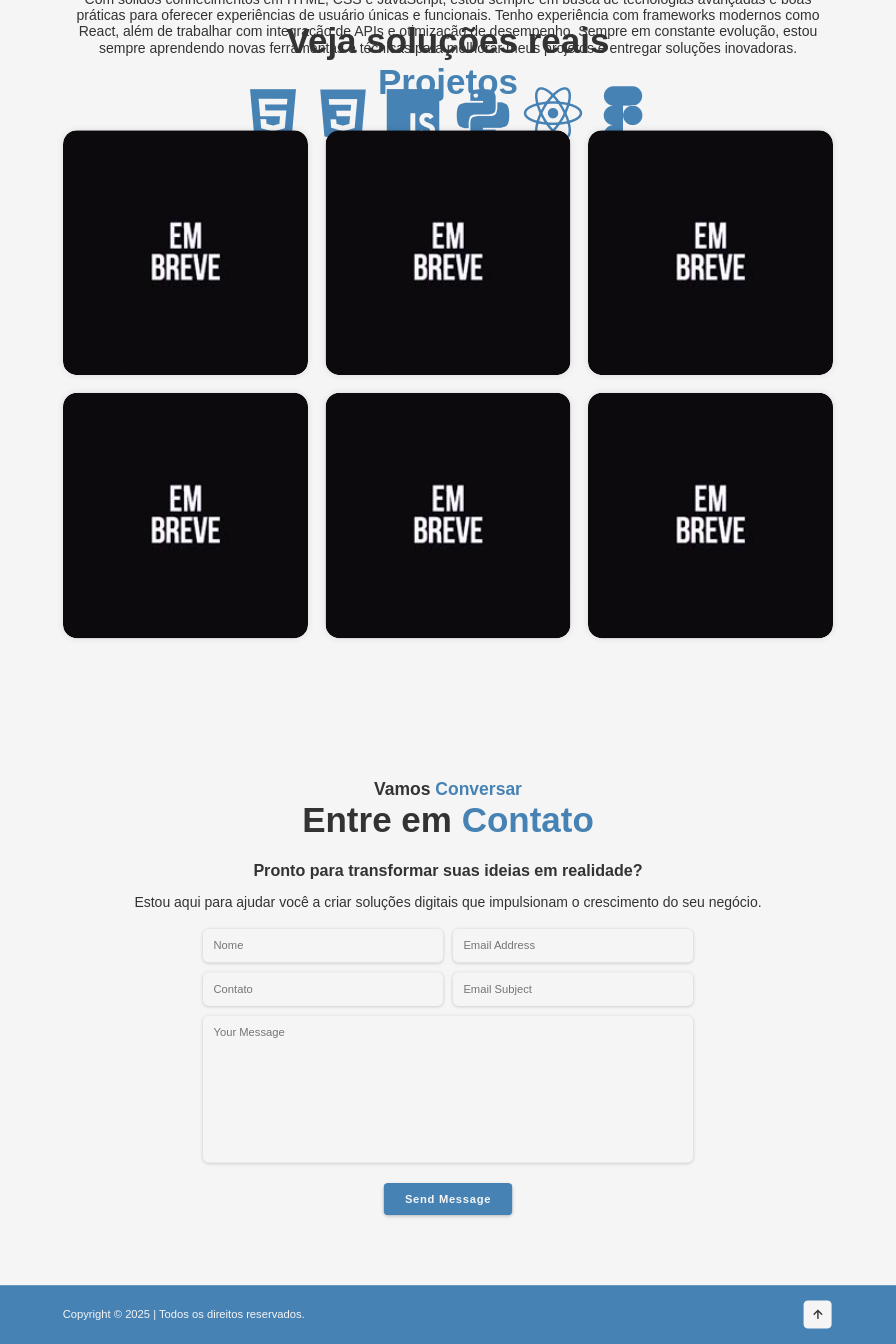
Repository: AliciaKathleen/portfolio-2025
Page: index.html
An editor plug-in stored every save of this project. The page is shown before and after the next save, followed by the edit.
The browser window is 1280 px wide. The pictures show the part of the page from y = 2400 to 4320 px (the page is 4320 px tall), at 70% of full size.

Above is the page before, as saved 2025-01-27 18:40:07.
Console error: TypeError: Cannot read properties of null (reading 'classList')

### index.html
<!DOCTYPE html>
<html lang="en">
<head>
    <meta charset="UTF-8">
    <meta http-equiv="X-UA-Compatible" content="IE=edge">
    <meta name="viewport" content="width=device-width, initial-scale=1.0">
    <link rel="stylesheet" href="https://cdn.jsdelivr.net/npm/swiper@9/swiper-bundle.min.css" />
    <link href='https://unpkg.com/boxicons@2.1.4/css/boxicons.min.css' rel='stylesheet'>
    <link rel="stylesheet" href="style.css">
    <title>Alícia Kathleen</title>
</head>
<body>
    <header class="header">
        <a href="#" class="logo">Alícia Kathleen</a>

        <nav class="navbar">
            <a href="#home" class="active">Home</a>
            <a href="#about">Sobre</a>
            <a href="#services">Serviços</a>
            <a href="#portfolio">Projetos</a>
            <a href="#contact">Contato</a>
        </nav>

        <div class="bx bx-moon" id="darkMode-icon"></div>
        <div class="bx bx-menu" id="menu-icon"></div>
    </header>

    <section class="home" id="home">
        <div class="home-content">
            <h3>Olá, eu sou</h3>
            <h1>Alícia Kathleen</h1>
            <p>
                Sou uma desenvolvedora Front-End apaixonada por criar interfaces modernas e funcionais, unindo criatividade e tecnologia para proporcionar experiências digitais únicas. Com uma trajetória inicial no design gráfico, utilizo meu olhar apurado para detalhes e usabilidade para transformar ideias em projetos visuais impactantes. Estou sempre buscando aprender e crescer com novos desafios.
            </p>
            <div class="social-media">
                <a href="#"><i class='bx bxl-linkedin'></i></a>
                <a href="#"><i class='bx bxl-github'></i></a>
            </div>

            <a href="#" class="btn">CURRÍCULO</a>
        </div>

        <div class="profession-container">
            <div class="profession-box">
            </div>
            <div class="overlay"></div>
        </div>

        <div class="home-img">
            <img src="" alt="">
        </div>
    </section>

    <section class="about" id="about">
        <div class="about-img">
            <img src="images/portfolio.jpg" alt="">
        </div>

        <div class="about-content">
            <h2 class="heading">Sobre <span>Mim</span></h2>
            <h3>
                Olá! Seja bem-vindo(a) ao meu portfólio! Sou uma desenvolvedora Front-End apaixonada por criar soluções digitais modernas e funcionais. Amo aprender novas tecnologias, resolver problemas com código e transformar ideias em projetos reais.
            </h3>
            <p>
                Aqui você vai encontrar alguns dos meus trabalhos, além de conhecer um pouco mais sobre minha trajetória no desenvolvimento web. Estou sempre em busca de novos desafios e oportunidades para crescer e evoluir como profissional.
            </p>
            <p>
                Sinta-se à vontade para explorar meu portfólio!
            </p>
        </div>
    </section>

    <section class="services" id="services">
        <h2 class="heading">Explore Meus <span>Trabalhos</span></h2>
        <div class="services-container">
            <div class="services-box">
                <i class='bx bx-code-alt'></i>
                <h3>Soluções Web Modernas</h3>
                <p>Criação de sites únicos e otimizados, que unem design moderno e funcionalidade para atender às suas necessidades e destacar sua marca na web.</p>
            </div>
            <div class="services-box">
                <i class='bx bxs-paint'></i>
                <h3>Design Responsivo</h3>
                <p>Desenvolvo sites que se adaptam perfeitamente a qualquer dispositivo, garantindo acessibilidade e uma navegação fluida para todos os usuários.</p>
            </div>
            <div class="services-box">
                <i class='bx bx-brain'></i>
                <h3>Integração de Apis</h3>
                <p>Integração de APIs para adicionar funcionalidades avançadas ao seu site ou aplicativo, conectando-o a serviços externos de maneira eficiente e sem fricções.</p>
            </div>
            <div class="services-box">
                <i class='bx bx-support'></i>
                <h3>Suporte</h3>
                <p>Ofereço suporte técnico para garantir que seu site esteja sempre atualizado, funcionando perfeitamente e alinhado às suas necessidades.</p>
            </div>
            <div class="services-box">
                <i class='bx bx-objects-vertical-bottom'></i>
                <h3>Estratégias de SEO</h3>
                <p>Técnicas de SEO personalizadas para aumentar a visibilidade do site e atrair mais tráfego qualificado.</p>
            </div>
            <div class="services-box">
                <i class='bx bx-bar-chart-alt'></i>
                <h3>Projetos Escaláveis</h3>
                <p>Desenvolvo soluções web com foco na escalabilidade, garantindo que seu site cresça de acordo com a evolução do seu negócio.

                </p>
            </div>
        </div>
    </section>

    <section class="resume-detail skills" id="skills">
        <h2 class="heading"><span>Skills</span></h2>
        <div class="resume-list">
            <div class="skills-container">
                <p>
                    Com sólidos conhecimentos em HTML, CSS e JavaScript, estou sempre em busca de tecnologias avançadas e boas práticas para oferecer experiências de usuário únicas e funcionais. Tenho experiência com frameworks modernos como React, além de trabalhar com integração de APIs e otimização de desempenho. Sempre em constante evolução, estou sempre aprendendo novas ferramentas e técnicas para melhorar meus projetos e entregar soluções inovadoras.
                </p>
                <div class="resume-items">
                    <div class="resume-item">
                        <i class='bx bxl-html5'></i>
                        <span>HTML</span>
                    </div>
                    <div class="resume-item">
                        <i class='bx bxl-css3'></i>
                        <span>CSS3</span>
                    </div>
                    <div class="resume-item">
                        <i class='bx bxl-javascript'></i>
                        <span>JavaScript</span>
                    </div>
                    <div class="resume-item">
                        <i class='bx bxl-python'></i>
                        <span>Python</span>
                    </div>
                    <div class="resume-item">
                        <i class='bx bxl-react'></i>
                        <span>ReactJS</span>
                    </div>
                    <div class="resume-item">
                        <i class='bx bxl-figma'></i>
                        <span>Figma</span>
                    </div>
                </div>
            </div>
        </div>
    </section>

    <section class="portfolio" id="portfolio">
        <h2 class="heading">Veja soluções reais <br> <span>Projetos</span></h2>

        <div class="portfolio-container">
            <div class="portfolio-box">
                <img src="images/portfolio.jpg" alt="">

                <div class="portfolio-layer">
                    <h4>Web Design</h4>
                    <p>Lorem ipsum dolor sit amet consectetur adipisicing elit. Similique, ipsam est.</p>
                    <a href="#"><i class='bx bx-link-external'></i></a>
                </div>
            </div>
            <div class="portfolio-box">
                <img src="images/portfolio.jpg" alt="">

                <div class="portfolio-layer">
                    <h4>Projeto em construção</h4>
                    <p>Em breve...</p>
                    <a href="#"><i class='bx bx-link-external'></i></a>
                </div>
            </div>
            <div class="portfolio-box">
                <img src="images/portfolio.jpg" alt="">

                <div class="portfolio-layer">
                    <h4>Projeto em construção</h4>
                    <p>Em breve...</p>
                    <a href="#"><i class='bx bx-link-external'></i></a>
                </div>
            </div>
            <div class="portfolio-box">
                <img src="images/portfolio.jpg" alt="">

                <div class="portfolio-layer">
                    <h4>Projeto em construção</h4>
                    <p>Em breve...</p>
                    <a href="#"><i class='bx bx-link-external'></i></a>
                </div>
            </div>
            <div class="portfolio-box">
                <img src="images/portfolio.jpg" alt="">

                <div class="portfolio-layer">
                    <h4>Projeto em construção</h4>
                    <p>Em breve...</p>
                    <a href="#"><i class='bx bx-link-external'></i></a>
                </div>
            </div>
            <div class="portfolio-box">
                <img src="images/portfolio.jpg" alt="">

                <div class="portfolio-layer">
                    <h4>Projeto em construção</h4>
                    <p>Em breve...</p>
                    <a href="#"><i class='bx bx-link-external'></i></a>
                </div>
            </div>
        </div>
    </section>

    <section class="contact" id="contact">
        <h1 class="heading">Vamos <span>Conversar</span></h1>
        <h2 class="heading">Entre em <span>Contato</span></h2>

        <h3 class="heading">Pronto para transformar suas ideias em realidade?</h3>
        <p class="heading">Estou aqui para ajudar você a criar soluções digitais que impulsionam o crescimento do seu negócio.</p>

        <form action="#">
            <div class="input-box">
                <input type="text" placeholder="Nome">
                <input type="email" placeholder="Email Address">
            </div>
            <div class="input-box">
                <input type="number" placeholder="Contato">
                <input type="text" placeholder="Email Subject">
            </div>
            <textarea name="" id="" cols="30" rows="10" placeholder="Your Message"></textarea>
            <input type="submit" value="Send Message" class="btn">
        </form>
    </section>

    <footer class="footer">
        <div class="footer-text">
            <p>Copyright &copy; 2025 | Todos os direitos reservados.</p>
        </div>

        <div class="footer-iconTop">
            <a href="#home"><i class='bx bx-up-arrow-alt'></i></a>
        </div>
    </footer>

    <script src="https://unpkg.com/scrollreveal"></script>
    <script src="https://cdn.jsdelivr.net/npm/swiper@9/swiper-bundle.min.js"></script>
    <script src="script.js"></script>
</body>
</html>

Loaded but not shown: script.js (67 lines, source omitted); style.css (925 lines, source omitted)

After the next save:
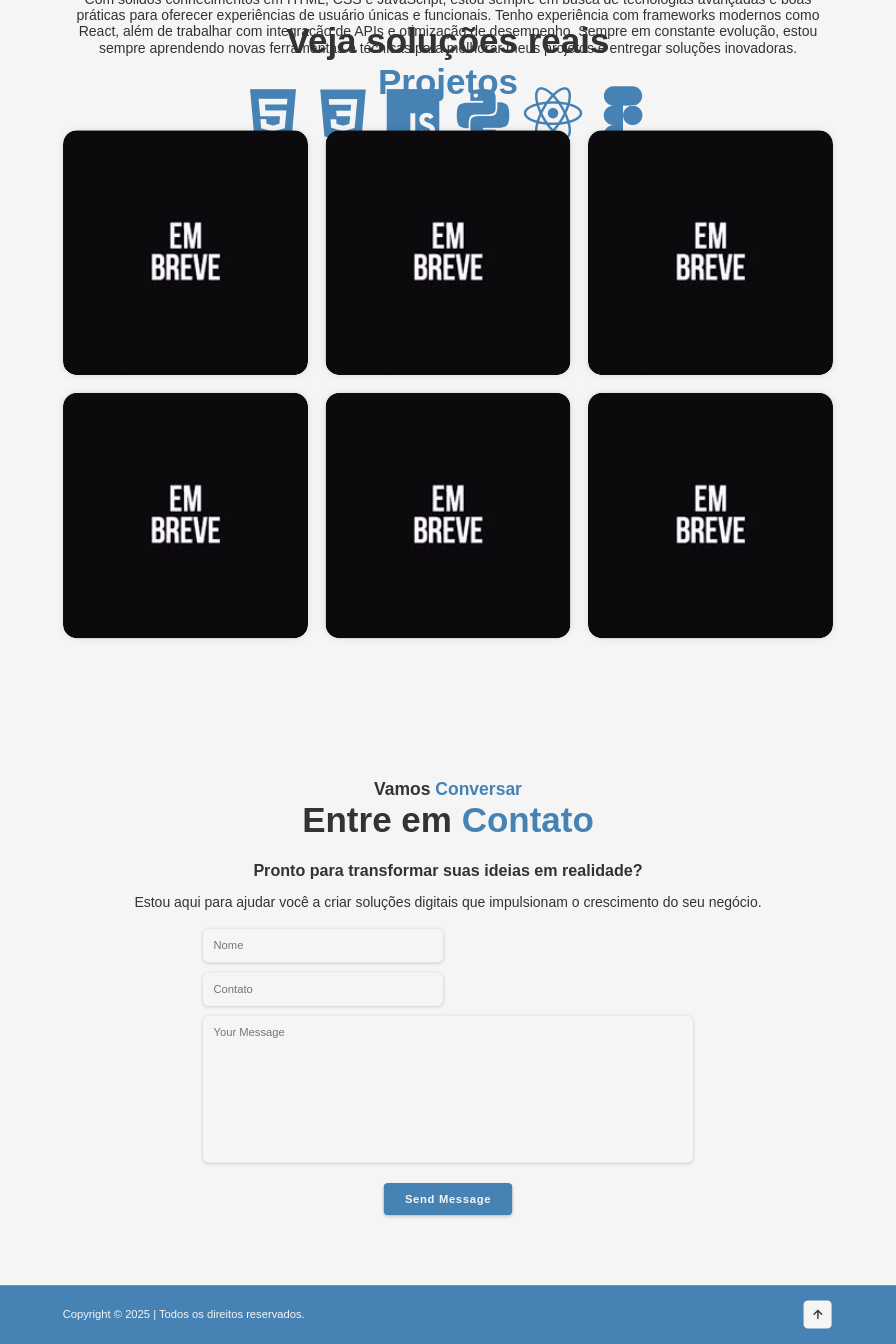
Saved 13 s later.
--- a/index.html
+++ b/index.html
@@ -216,11 +216,9 @@
         <form action="#">
             <div class="input-box">
                 <input type="text" placeholder="Nome">
-                <input type="email" placeholder="Email Address">
             </div>
             <div class="input-box">
                 <input type="number" placeholder="Contato">
-                <input type="text" placeholder="Email Subject">
             </div>
             <textarea name="" id="" cols="30" rows="10" placeholder="Your Message"></textarea>
             <input type="submit" value="Send Message" class="btn">
